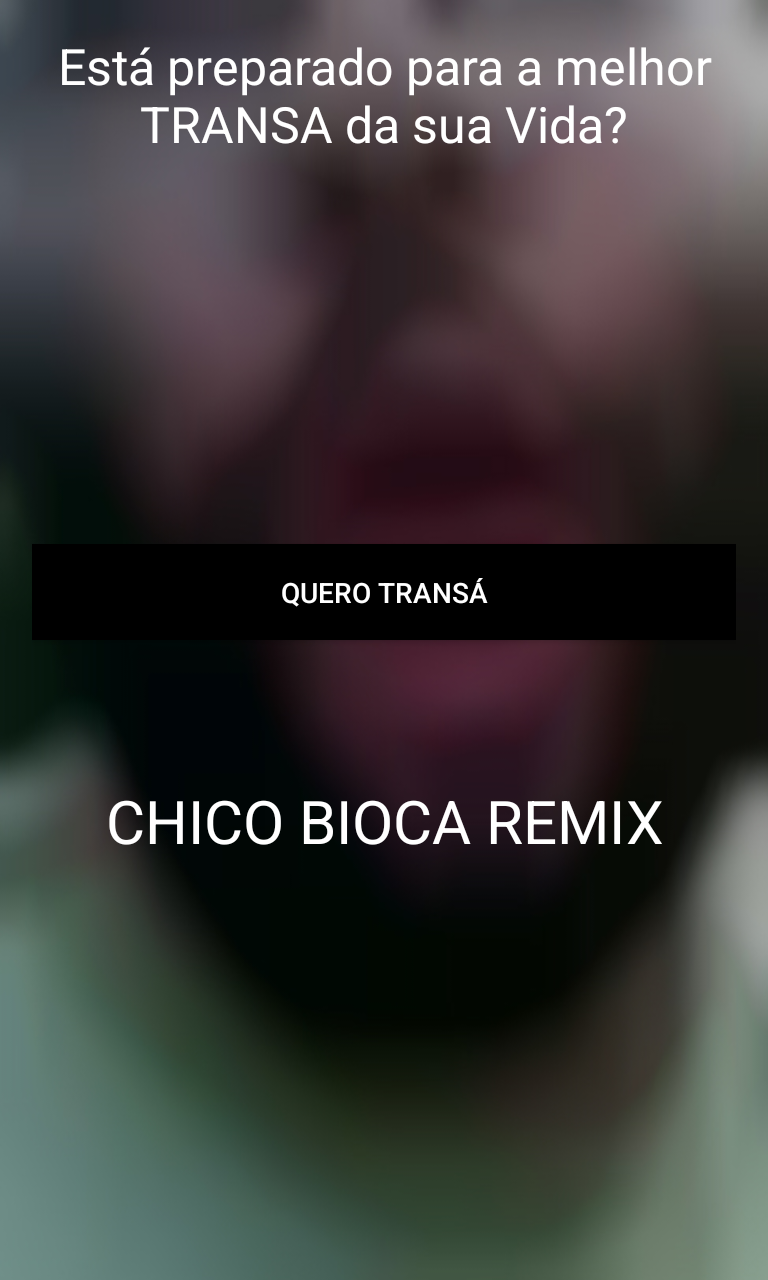
Repository: Cookahn/bioca_sounds
Layout: ChicoBiocaApp/res/layout/activity_main.xml
The author's editor kept a copy of each file at every save. The layout is drawn from the files as they stood at one save, then again after the next save.
It is drawn on a 768 x 1280 px phone screen (xhdpi) without system bars, with theme AppTheme; the app's code is not run.

Above is the layout before, as saved 2014-08-12 12:55:17.

After the next save:
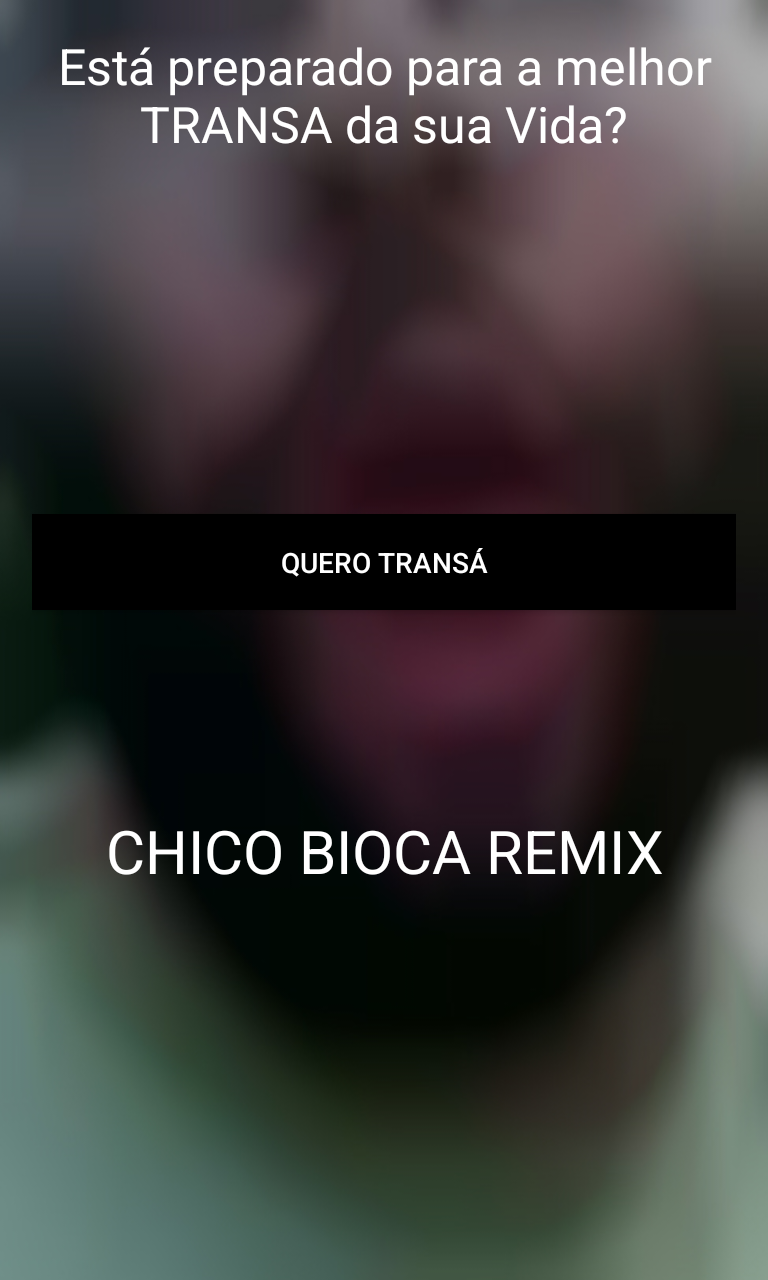
Saved 16 s later.
--- a/ChicoBiocaApp/res/layout/activity_main.xml
+++ b/ChicoBiocaApp/res/layout/activity_main.xml
@@ -29,7 +29,7 @@
             android:layout_width="match_parent"
             android:layout_height="wrap_content"
             android:layout_gravity="center"
-            android:layout_marginBottom="70dp"
+            android:layout_marginBottom="100dp"
             android:background="#000"
             android:text="@string/i_want_to_fuck"
             android:textColor="#fff" />
